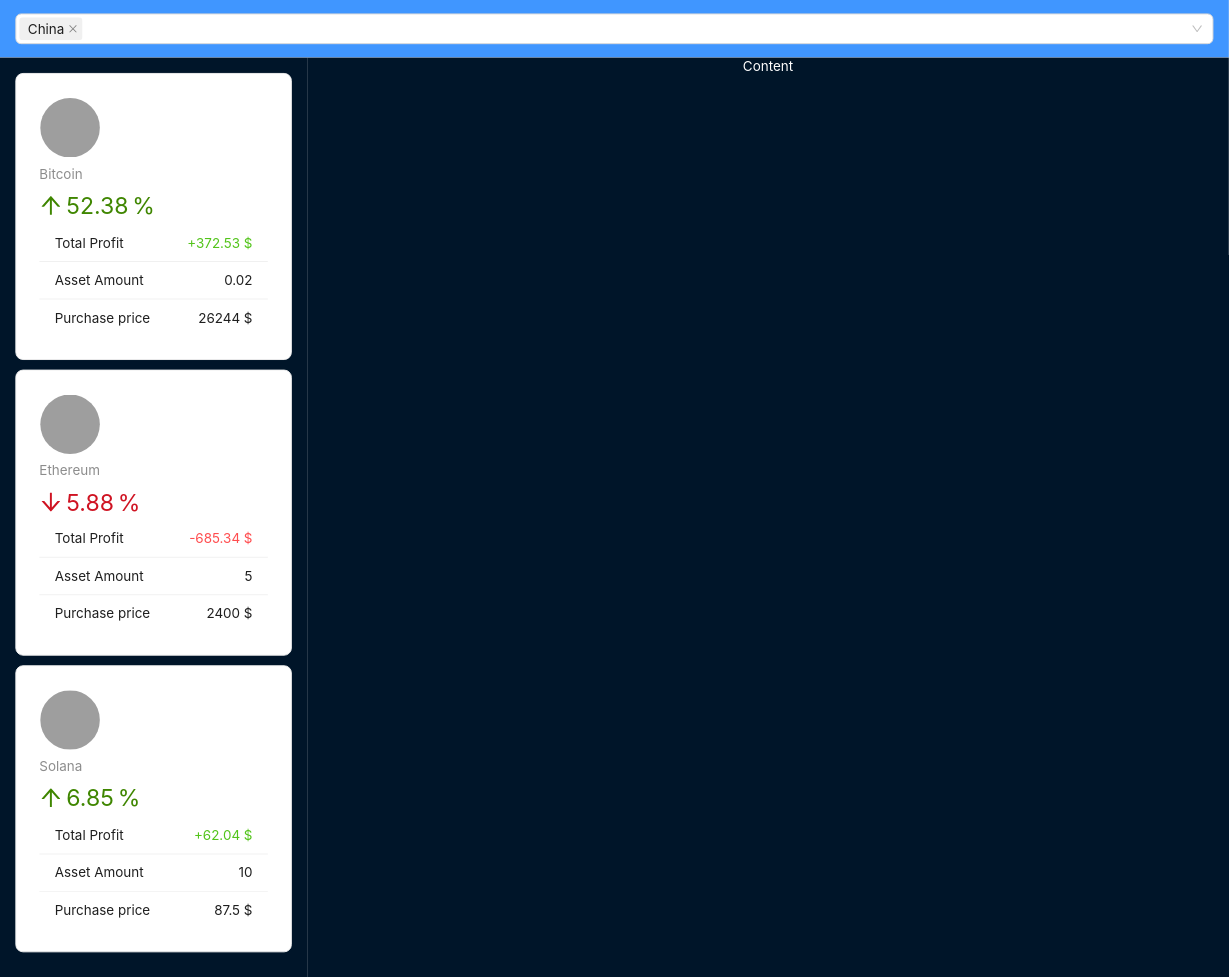
Repository: Vadia23/React-Crypto-App
Page: /
The author's editor kept a copy of each file at every save. The page is drawn from the files as they stood at one save, then again after the next save.
The browser window is 1280 px wide. The pictures show the whole page, at 96% of full size.
Pictures or frames that could not be fetched are drawn as grey boxes. The project was rebuilt for these pictures with package versions that can differ from the ones it lists, and the page was loaded fresh each time. Also part of the build but not shown: vite.config.js.

Above is the page before, as saved 2024-02-13 19:40:12.

After the next save:
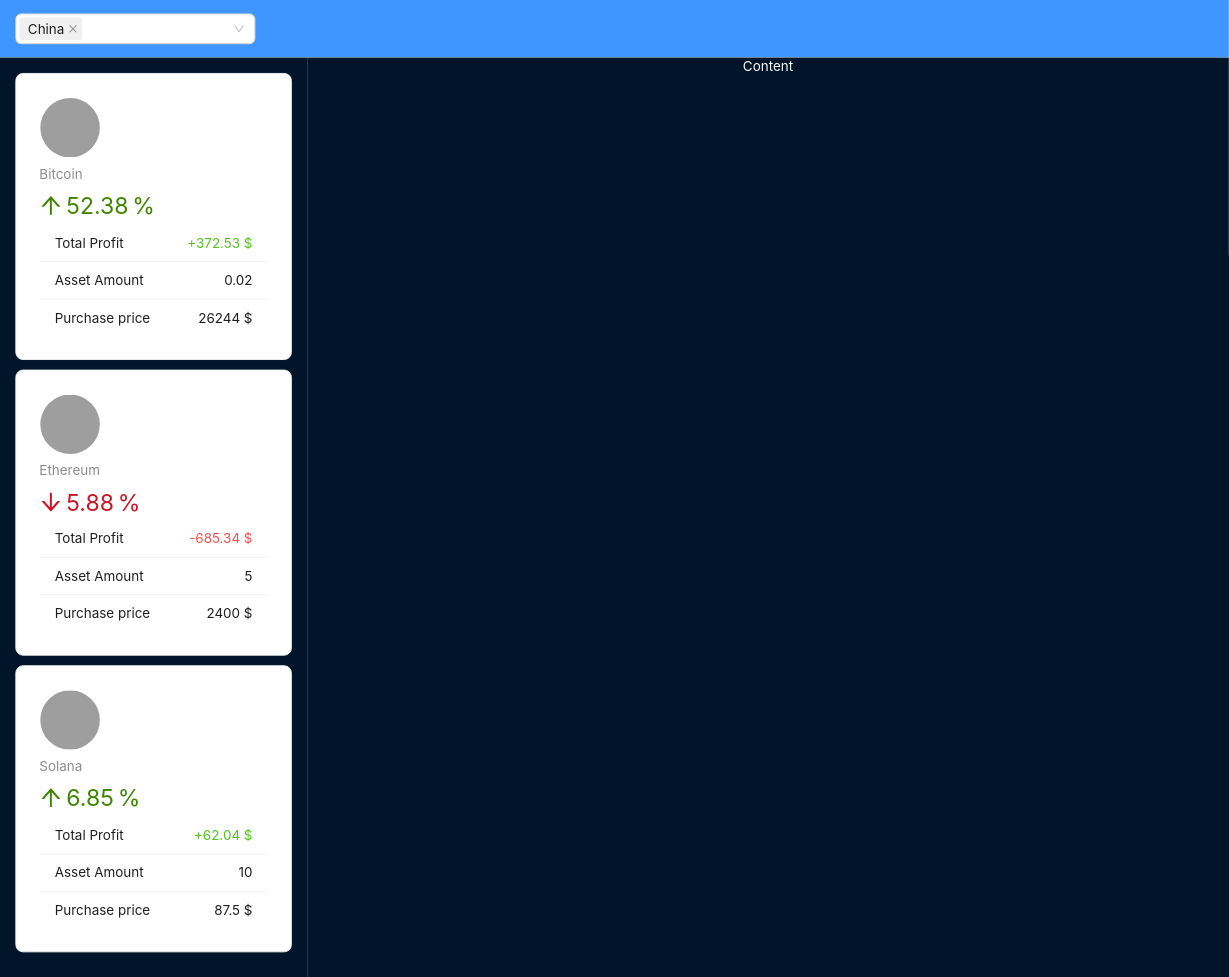
Saved 57 s later.
--- a/src/components/layout/AppHeader.jsx
+++ b/src/components/layout/AppHeader.jsx
@@ -44,7 +44,7 @@
     <Layout.Header style={headerStyle}>
       <Select
         mode="multiple"
-        style={{ width: "100%" }}
+        style={{ width: 250 }}
         placeholder="select one country"
         defaultValue={["china"]}
         // onChange={handleChange}
